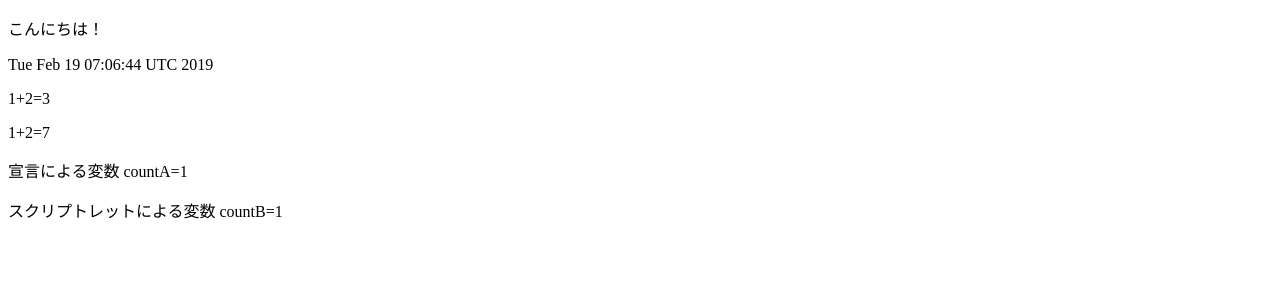
Repository: user-yo-yo/test
Page: http://localhost/HelloJSP/
An editor plug-in stored every save of this project. The page is shown before and after the next save, followed by the edit.
The browser window is 1280 px wide. The pictures show the whole page.
The page is served by Tomcat 9.

Above is the page before, as saved 2019-03-29 01:36:12.

### HelloJSP/WebContent/index.jsp
<%@ page language="java" contentType="text/html; charset=UTF-8"
    pageEncoding="UTF-8"%>
<!DOCTYPE html>
<html>
<head>
<meta charset="UTF-8">
<title>TEST</title>
</head>
<body>
	<p>こんにちは！</p>
	<% out.println(new java.util.Date()); %>
	<%!
		static int add(int a,int b){
		return a+b;
	}
	%>
	<p>1+2=<%=add(1,2) %></p>
	<p>1+2=<%=add(3,4) %></p>
	<%! static int countA=0; %>
	<%
		int countB=0;
		countA++;
		countB++;
	%>

	<p>宣言による変数 countA=<%=countA %></p>
	<p>スクリプトレットによる変数 countB=<%=countB %></p>
</body>
</html>

After the next save:
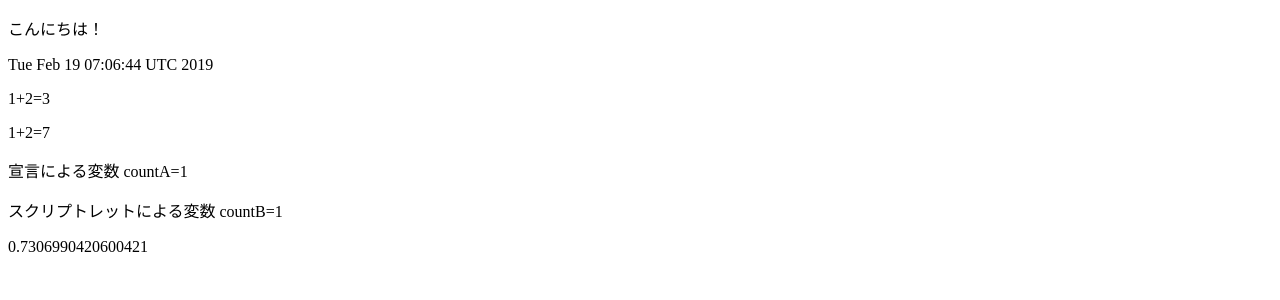
Saved 2 min 23 s later.
--- a/HelloJSP/WebContent/index.jsp
+++ b/HelloJSP/WebContent/index.jsp
@@ -25,5 +25,7 @@
 
 	<p>宣言による変数 countA=<%=countA %></p>
 	<p>スクリプトレットによる変数 countB=<%=countB %></p>
+
+	<p><% out.println(Math.random());%></p>
 </body>
 </html>
